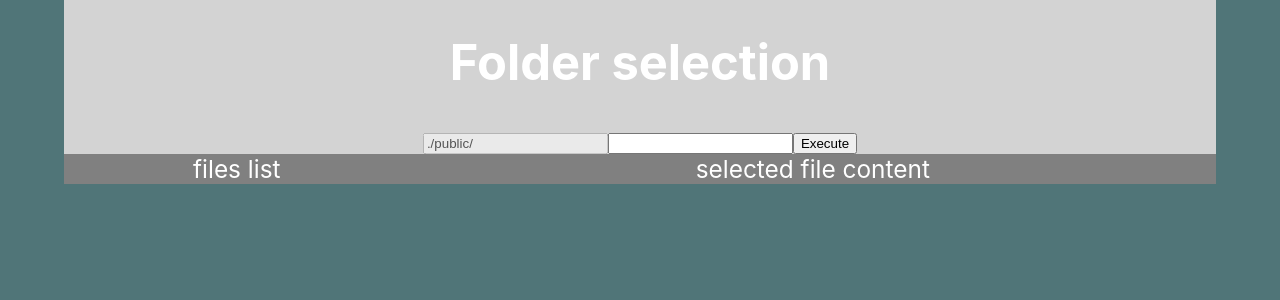
Repository: idubi/DevopsCourse
Page: / (app in lesson03/assignment/client/)
The author's editor kept a copy of each file at every save. The page is drawn from the files as they stood at one save, then again after the next save.
The browser window is 1280 px wide. The pictures show the whole page.
The project was rebuilt for these pictures with package versions that can differ from the ones it lists, and the page was loaded fresh each time.

Above is the page before, as saved 2023-06-15 03:25:52.

After the next save:
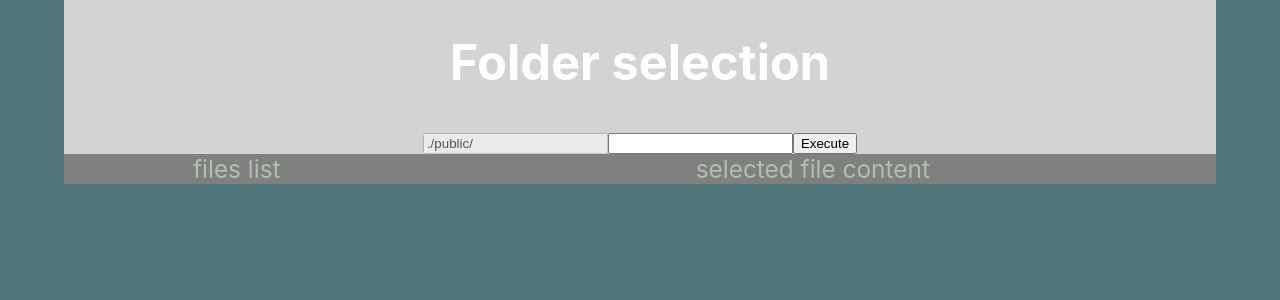
Saved 118 s later.
--- a/lesson03/assignment/client/src/components/FilesBrowser.js
+++ b/lesson03/assignment/client/src/components/FilesBrowser.js
@@ -47,6 +47,7 @@ const Lower = styled.div`
   display: flex;
   flex-direction: row;
   height: 100%;
+  color: #abc3a7;
 `;
 
 const LeftLowerDiv = styled.div`
